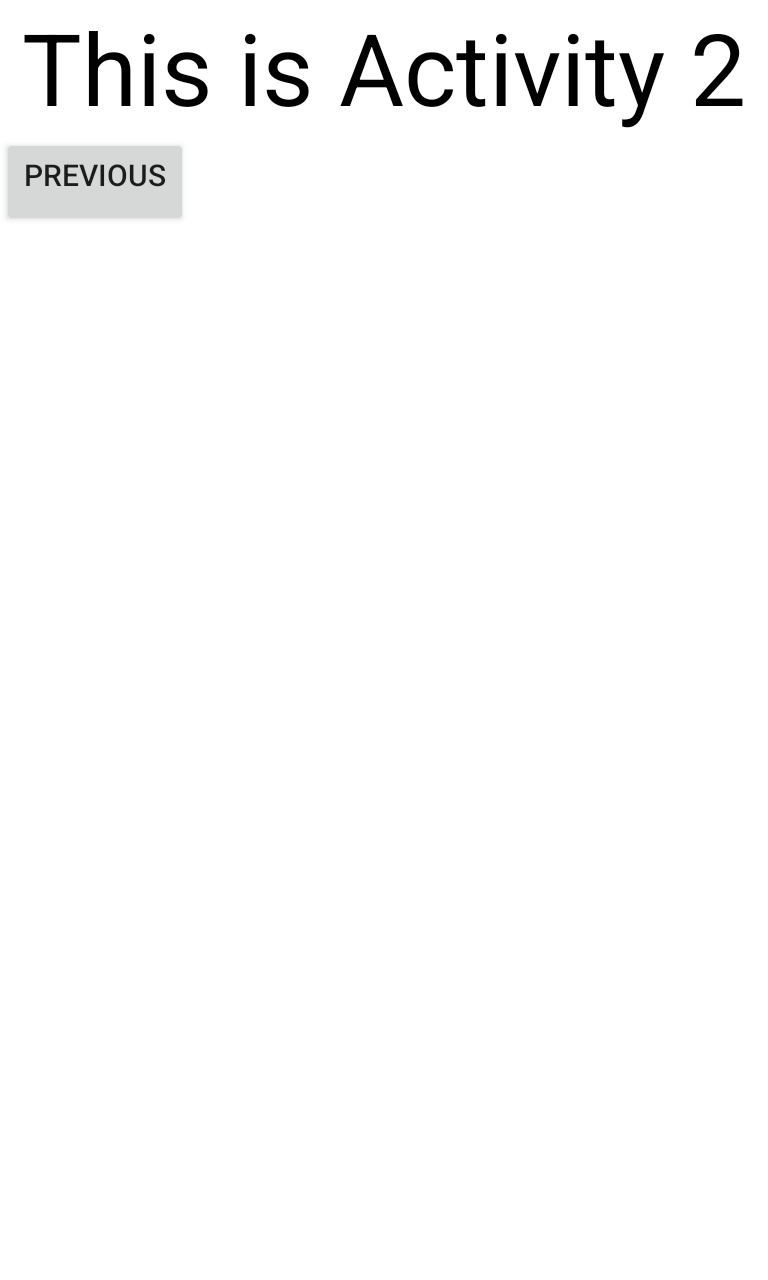
Repository: Stamenov96/NeuralNetowork
Layout: DigitRecognition/res/layout/about.xml
The author's editor kept a copy of each file at every save. The layout is drawn from the files as they stood at one save, then again after the next save.
It is drawn on a 768 x 1280 px phone screen (xhdpi) without system bars, with theme AppTheme; the app's code is not run.

Above is the layout before, as saved 2015-02-13 15:26:05.

After the next save:
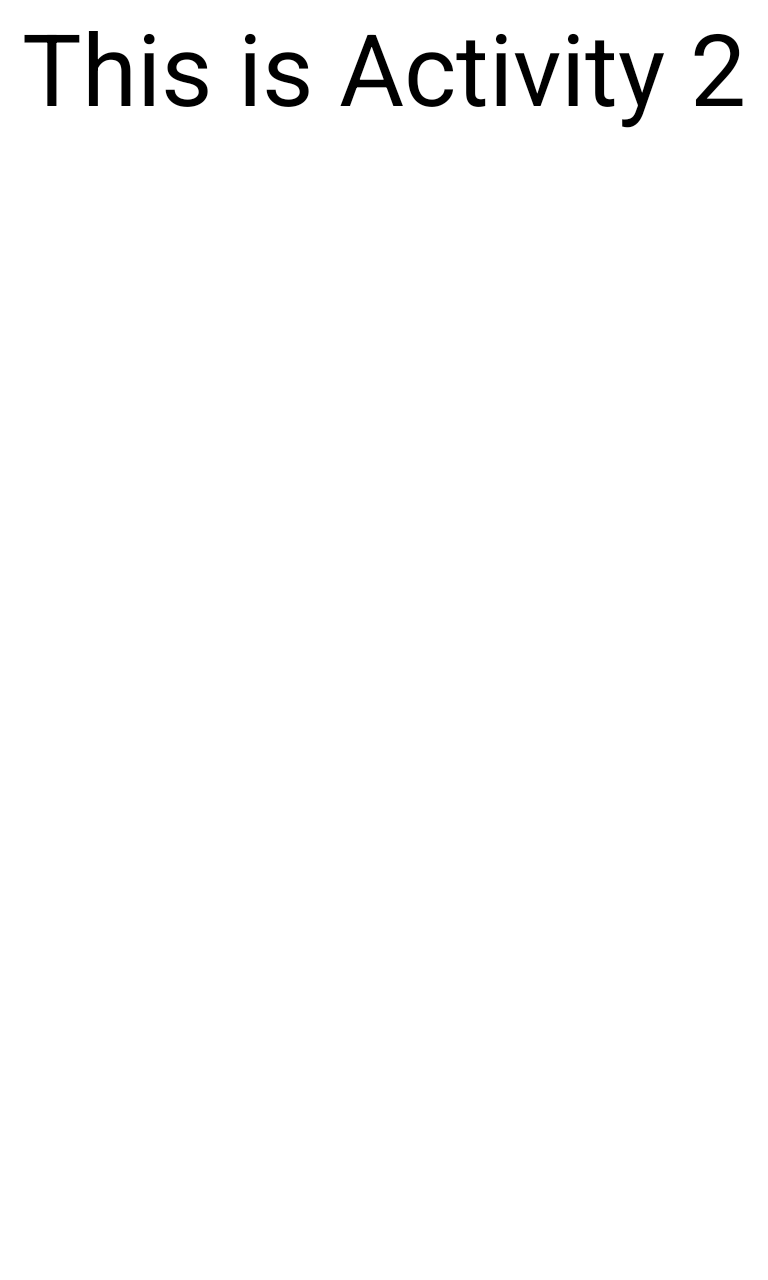
Saved 34 s later.
--- a/DigitRecognition/res/layout/about.xml
+++ b/DigitRecognition/res/layout/about.xml
@@ -15,9 +15,9 @@
 
     <Button
         android:id="@+id/Button02"
-   android:layout_width="wrap_content"
-    android:layout_height="wrap_content"
-
+  layout_width="fill_parent"
+layout_marginLeft="10dip"
+layout_marginRight="10dip"
         android:text="Previous"
         android:gravity="center_horizontal"
         android:textSize="30px" />
